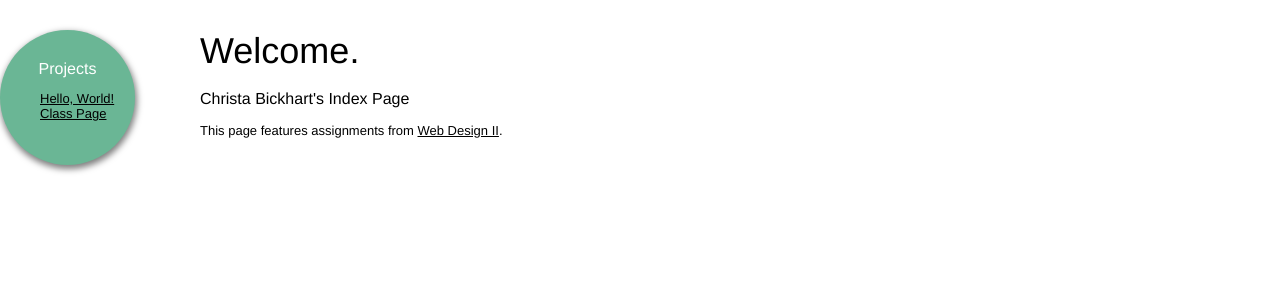
Repository: cbickhar/cbickhar.github.io
Page: index.html
The author's editor kept a record of every edit. The page is drawn from the files as they stood at one moment, then again after the next edit.
The browser window is 1280 px wide. The pictures show the whole page.

Above is the page before.

### index.html
<html>
    <head>
        <title>Christa Bickhart - Index Page</title>
        <link href="styles.css" rel="stylesheet" type="text/css">
    </head>
        <div class= "header">Welcome.</div>
        <div class="subhead">Christa Bickhart's Index Page</div>
        <br>
    <body>
        This page features assignments from <a href="http://www.web2.ga">Web Design II</a>.
    </body>

    <div class = "sidebar">
        <div class = "sidebarhead">Projects</div>
        <ol>
            <li> <a href="project_1/project_1.html">Hello, World!</a></li>
            <li> <a href="project_2/index.html">Class Page</a></li>
        </ol>
        </div>


</html>

### styles.css
body {
    background-color: #fff;
    font-size: 13px;
    font-family: avenir, helvetica, sans-serif;
    color: black;
    text-align: left;
    width: 400px;
    margin-left: 200px;
    margin-top: 30px;
}

a {
    color: black;
    text-decoration: underline;
}

a:hover {
    color: white;
}

.header {
    font-family: avenir, helvetica, sans-serif;
    height: 40px;
    width: 400px;
    font-size: 36px;
    margin-bottom: 20px;
}

.subhead {
    font-family: avenir, helvetica, sans-serif;
    font-size: 16px;
    width: 400px;
}

.sidebar {
    font-family: avenir, helvetica, sans-serif;
	font-size: 13px;
	position: fixed;
	color: white;
	top: 0px;
	left: 0px;
	margin-top: 30px;
	margin-left: 0;
	text-align: center;
	box-shadow: 1px 3px 6px 1px rgba(0, 0, 0, .5);
    width: 135px;
    height: 135px;
    background-color: #6ab695;
    border-radius: 100px;

}

.sidebarhead {
    font-size: 16px;
    margin-top: 30px;
    margin-left: 0px;
}

ol {
    list-style-type: none;
    text-align: left;
    width: 100;
}

After the next edit:
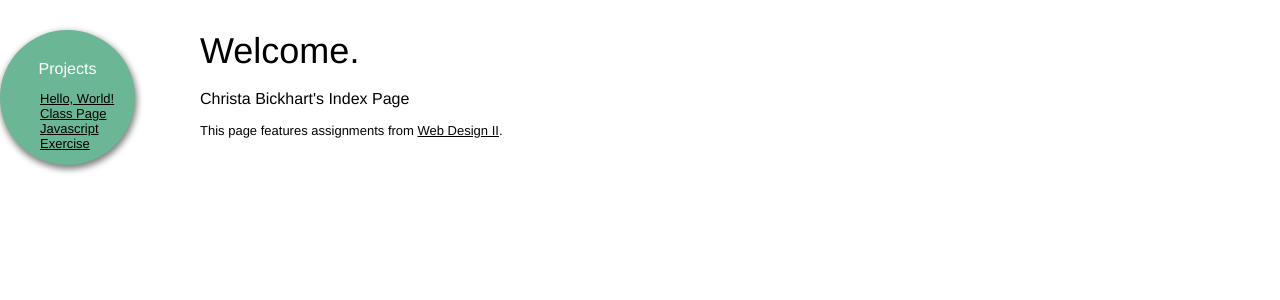
The edit:
--- a/index.html
+++ b/index.html
@@ -15,6 +15,7 @@
         <ol>
             <li> <a href="project_1/project_1.html">Hello, World!</a></li>
             <li> <a href="project_2/index.html">Class Page</a></li>
+            <li> <a href="project_3_javascriptexcersize/index.html">Javascript Exercise</a></li>
         </ol>
         </div>
 
